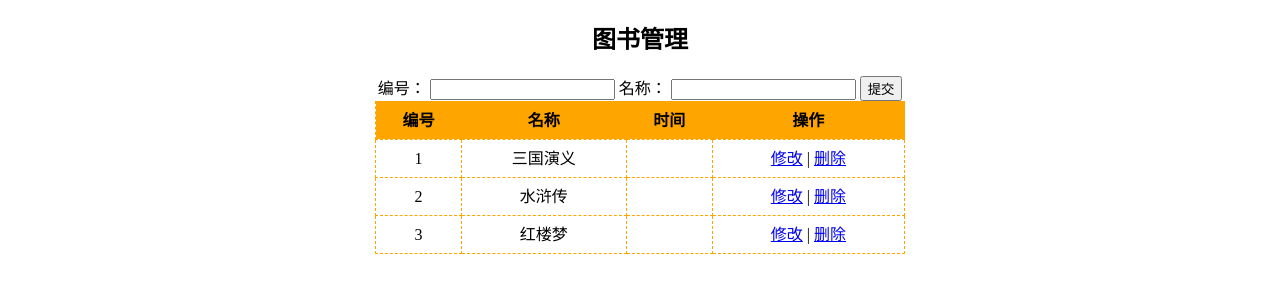
Repository: wjiawei97/FrontEndExercises
Page: 8. book_manegement/index.html
An editor plug-in stored every save of this project. The page is shown before and after the next save, followed by the edit.
The browser window is 1280 px wide. The pictures show the whole page.

Above is the page before, as saved 2021-08-22 12:23:55.

After the next save:
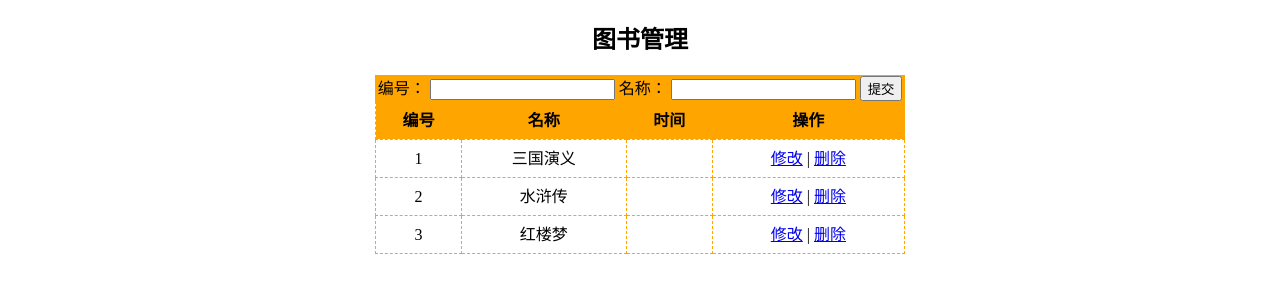
Saved 39 s later.
--- a/8. book_manegement/index.html
+++ b/8. book_manegement/index.html
@@ -22,6 +22,9 @@
             border: 1px dashed orange;
             height: 35px;
             line-height: 35px;
+        }
+        .grid .book{
+            background-color: orange;
         }
     </style>
 </head>
